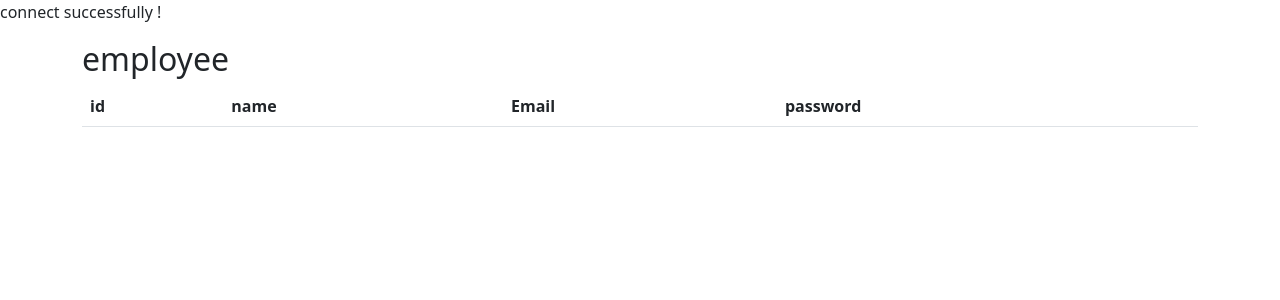
Repository: HoangLinh2001/PHP
Page: http://localhost/list_employee.php
The author's editor kept a copy of each file at every save. The page is drawn from the files as they stood at one save, then again after the next save.
The browser window is 1280 px wide. The pictures show the whole page.
The page is run by PHP 8.4 with error messages shown; the project is at /var/www/html/. Queries for data that is not in the repository find no rows.

Above is the page before, as saved 2023-06-20 20:45:40.

After the next save:
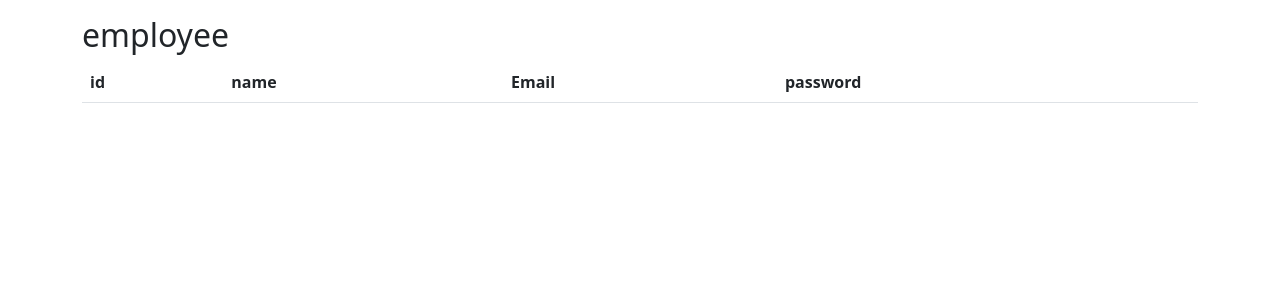
Saved 19 s later.
--- a/DEMOPHPBUOI2/connectdb.php
+++ b/DEMOPHPBUOI2/connectdb.php
@@ -6,8 +6,8 @@
     //create connection
     $con = new mysqli($serverName,$username,$password,$dbname);
     //check connection
-    if ($con -> connect_error) {
-        die("connection failed: ".$con->connect_error);
-    }
-    echo "connect successfully !";
+    // if ($con -> connect_error) {
+    //     die("connection failed: ".$con->connect_error);
+    // }
+    // echo "connect successfully !";
 ?>
